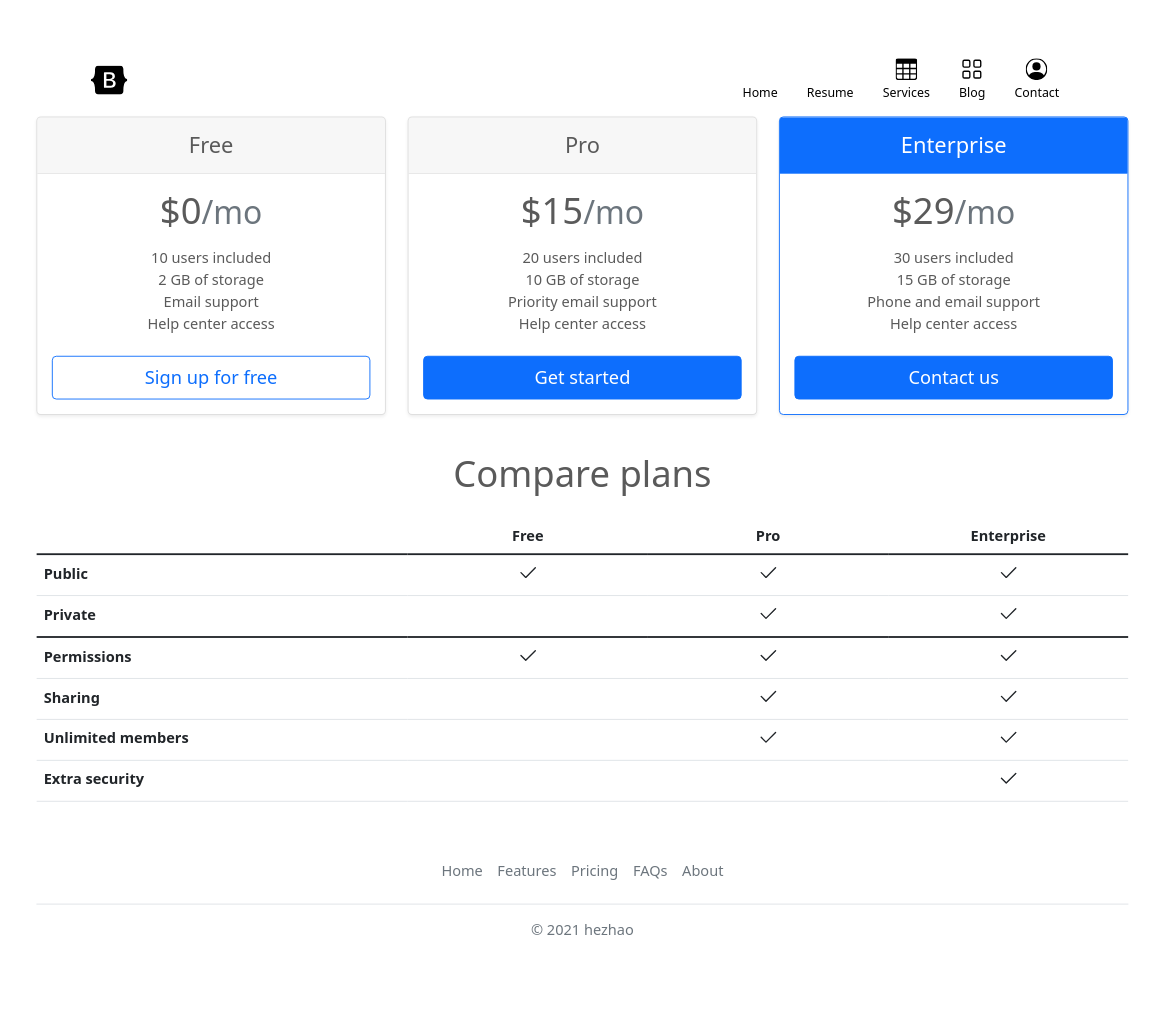
Repository: HeZhao-hugh/personal-web
Page: index.html
The author's editor kept a copy of each file at every save. The page is drawn from the files as they stood at one save, then again after the next save.
The browser window is 1280 px wide. The pictures show the whole page, at 91% of full size.

Above is the page before, as saved 2022-01-19 18:47:34.

After the next save:
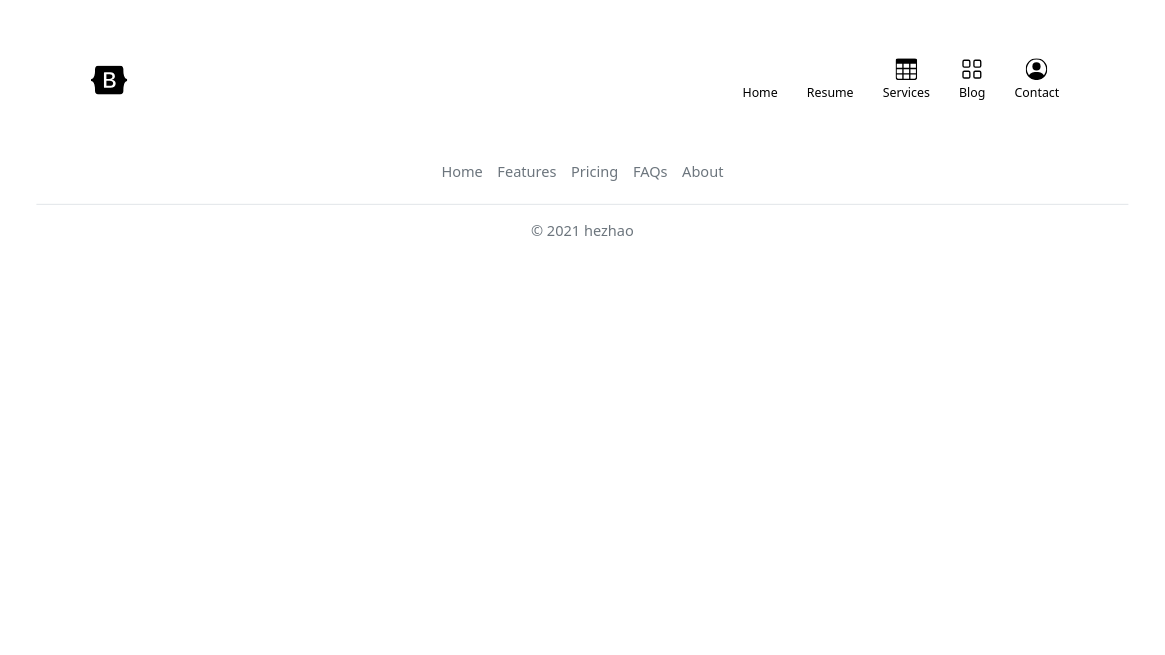
Saved 44 s later.
--- a/index.html
+++ b/index.html
@@ -259,7 +259,7 @@
             </div>
 
             <!-- home2 -->
-            <div id="RESUME" class="page page--active">
+            <div id="RESUME" class="page">
                 <div class="row row-cols-1 row-cols-md-3 mb-3 text-center">
                     <div class="col">
                         <div class="card mb-4 rounded-3 shadow-sm">
